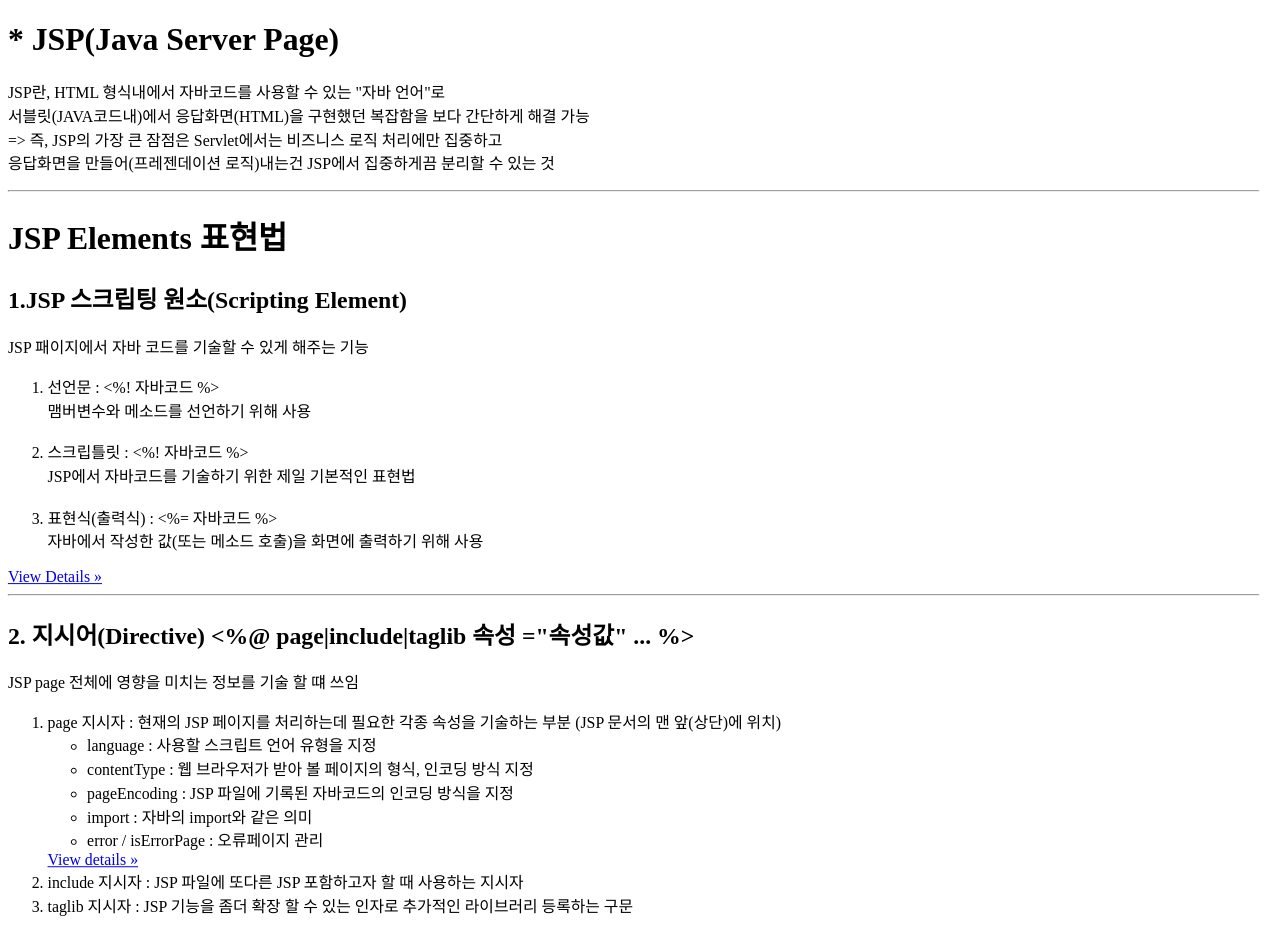
Repository: BrianH29/BH_webserver_workspace1
Page: webserver_workspace1/2_JSP/WebContent/index.html
The author's editor kept a copy of each file at every save. The page is drawn from the files as they stood at one save, then again after the next save.
The browser window is 1280 px wide. The pictures show the whole page, at 99% of full size.

Above is the page before, as saved 2020-08-31 03:19:57.

### webserver_workspace1/2_JSP/WebContent/index.html
<!DOCTYPE html>
<html>
<head>
<meta charset="UTF-8">
<title>Insert title here</title>
</head>
<body>

	<h1>* JSP(Java Server Page)</h1>

	<p>
		JSP란, HTML 형식내에서 자바코드를 사용할 수 있는 "자바 언어"로<br>
		서블릿(JAVA코드내)에서 응답화면(HTML)을 구현했던 복잡함을 보다 간단하게 해결 가능 <br>
		=> 즉, JSP의 가장 큰 잠점은 Servlet에서는 비즈니스 로직 처리에만 집중하고 <br>
			응답화면을 만들어(프레젠데이션 로직)내는건 JSP에서 집중하게끔 분리할 수 있는 것
	</p>

	<hr>

	<h1>JSP Elements 표현법</h1>

	<h2>1.JSP 스크립팅 원소(Scripting Element)</h2>
	<p>JSP 패이지에서 자바 코드를 기술할 수 있게 해주는 기능</p>

	<ol>
		<li>
			선언문 : &lt;%! 자바코드 %&gt;<br>
			맴버변수와 메소드를 선언하기 위해 사용<br><br>
		</li>
		<li>
			스크립틀릿 : &lt;%! 자바코드 %&gt;<br>
			JSP에서 자바코드를 기술하기 위한 제일 기본적인 표현법 <br><br>
		</li>
		<li>
			표현식(출력식) : &lt;%= 자바코드 %&gt; <br>
			자바에서 작성한 값(또는 메소드 호출)을 화면에 출력하기 위해 사용
		</li>
	</ol>

	<a href="views/01_ScriptingElement.jsp">View Details &raquo;</a>


	<hr>

	<h2> 2. 지시어(Directive) &lt;%@ page|include|taglib 속성 ="속성값" ... %&gt;</h2>
	<p>JSP page 전체에 영향을 미치는 정보를 기술 할 떄 쓰임 </p>


	<ol>
		<li>
			page 지시자 : 현재의 JSP 페이지를 처리하는데 필요한 각종 속성을 기술하는 부분 (JSP 문서의 맨 앞(상단)에 위치)<br>
			<ul>
				<li>language : 사용할 스크립트 언어 유형을 지정</li>
				<li>contentType : 웹 브라우저가 받아 볼 페이지의 형식, 인코딩 방식 지정</li>
				<li>pageEncoding : JSP 파일에 기록된 자바코드의 인코딩 방식을 지정</li>
				<li>import : 자바의 import와 같은 의미</li>
				<li>error / isErrorPage : 오류페이지 관리</li>
			</ul>
			<a href="views/02_directivePage.jsp">View details &raquo;</a>
		</li>
		<li>
			include 지시자 : JSP 파일에 또다른 JSP 포함하고자 할 때 사용하는 지시자<br>
		</li>
		<li>
			taglib 지시자 :  JSP 기능을 좀더 확장 할 수 있는 인자로 추가적인 라이브러리 등록하는 구문
		</li>
	</ol>


</body>
</html>

After the next save:
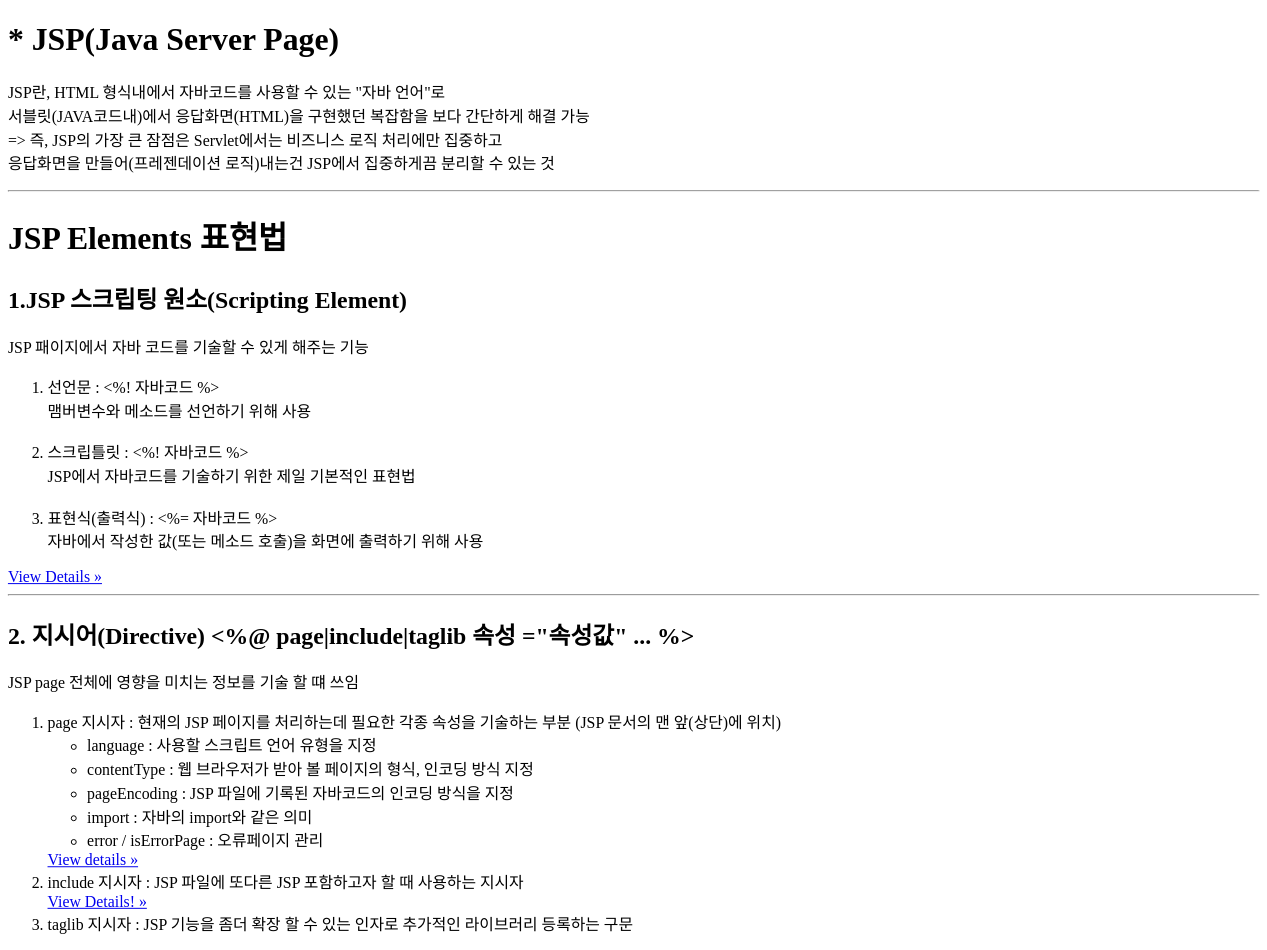
Saved 97 s later.
--- a/webserver_workspace1/2_JSP/WebContent/index.html
+++ b/webserver_workspace1/2_JSP/WebContent/index.html
@@ -60,6 +60,7 @@
 		</li>
 		<li>
 			include 지시자 : JSP 파일에 또다른 JSP 포함하고자 할 때 사용하는 지시자<br>
+			<a href="views/03_directiveInclude.jsp">View Details! &raquo;</a>
 		</li>
 		<li>
 			taglib 지시자 :  JSP 기능을 좀더 확장 할 수 있는 인자로 추가적인 라이브러리 등록하는 구문
